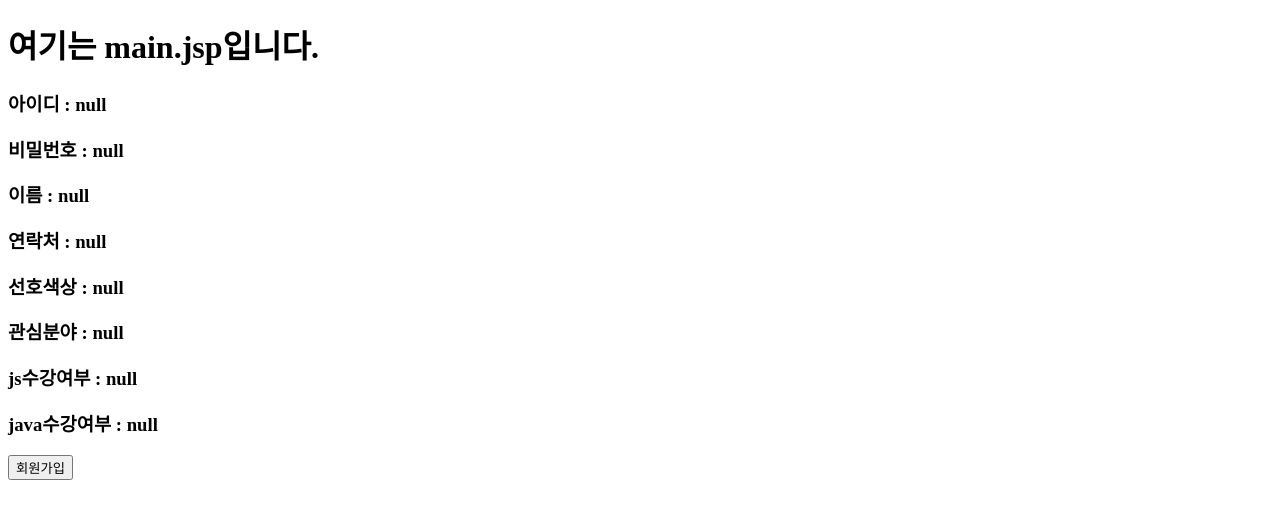
Repository: dychung1021/newrepository
Page: http://localhost/JSP05/main.jsp
These files come from the project's save history. The page is drawn as it stood at one moment and after the next save; the edit follows.
The browser window is 1280 px wide. The pictures show the whole page.
The page is served by Tomcat 9.

Above is the page before, as saved 2024-05-10 05:41:38.
Console error: TypeError: document.getElementByTagName is not a function

After the next save:
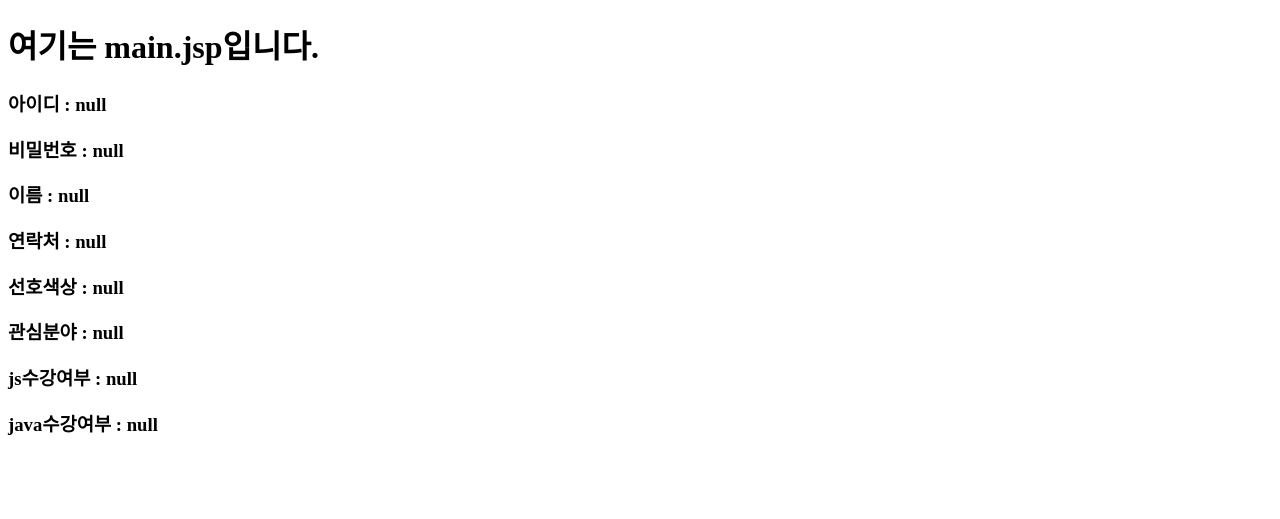
Saved 9 min 58 s later.
--- a/JSP/JSP05/src/main/webapp/main.jsp
+++ b/JSP/JSP05/src/main/webapp/main.jsp
@@ -31,6 +31,6 @@
 			var user=document.getElementByTagName("h3")[0];
 			user.setAttribute("style", "color:<%=bg%>");
 		</script>
-		<input type="submit" value="회원가입">
+
 	</body>
 </html>
